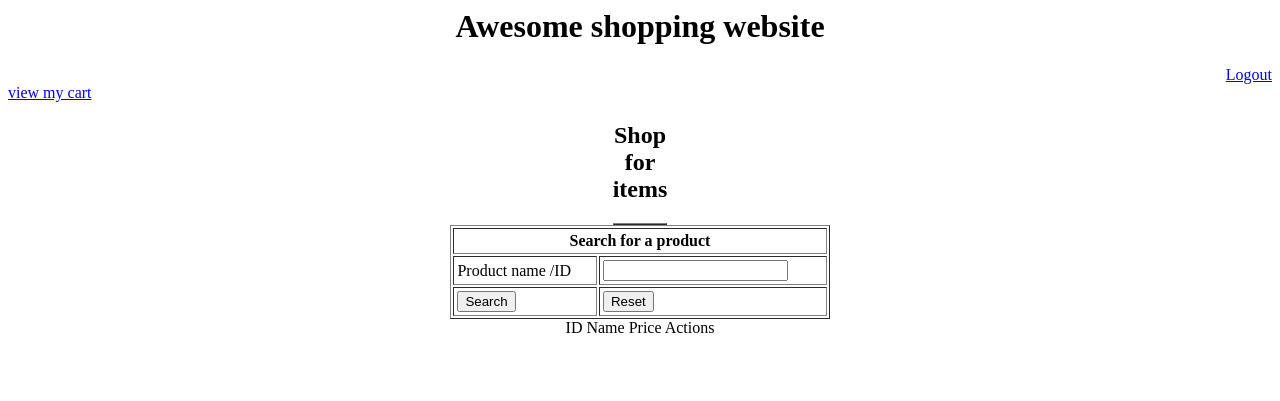
Repository: balu-sadanandan/demo-Shopping-cart-application
Page: http://localhost/shopping-cart/prodcat.jsp
An editor plug-in stored every save of this project. The page is shown before and after the next save, followed by the edit.
The browser window is 1280 px wide. The pictures show the whole page.
The page is served by Tomcat 9. Other server files are loaded and not shown. The template is opened directly, without the code that normally fills it, so the values that code supplies are empty.

Above is the page before, as saved 2017-09-19 08:06:47.

### shopping-cart/WebContent/prodcat.jsp
<%@ page language="java" contentType="text/html; charset=UTF-8"
    pageEncoding="UTF-8"%>
<%@ taglib uri="http://java.sun.com/jsp/jstl/core" prefix="c" %>
<html>
<head>
    <title>Awesome shopping site</title>
</head>
<body>
    <center>
        <h1>Awesome shopping website</h1>
    </center>
    <div align="right">
    <a href="logout">Logout</a>

</div>
   <div align="left">
    <a href="lcart">view my cart</a>

</div>


    <div align="center">
        <table border="1" cellpadding="5">
            <caption><h2>Shop for items</h2></caption>
            <!--enter search box here  -->
               <table border="1" width="30%" cellpadding="3">
                <thead>
                    <tr>
                        <th colspan="2">Search for a product</th>
                    </tr>
                </thead>
                <tbody>
                    <tr>
                        <td>Product name /ID</td>
                        <td><input type="text" name="prid" value="" /></td>
                    </tr>
                    <tr>
                        <td><input type="submit" value="Search" /></td>
                        <td><input type="reset" value="Reset" /></td>
                    </tr>

                </tbody>
            </table>

            <!-- search box finishes here -->
            <tr>
                <th>ID</th>
                <th>Name</th>
                <th>Price</th>
                <th>Actions</th>
            </tr>
            <c:forEach var="prod" items="${pList}">
                <tr>
                    <td><c:out value="${prod.prodid}" /></td>
                    <td><a href="prod?id=<c:out value='${prod.prodid}' />"><c:out value="${prod.name}" /></a></td>
                    <td><c:out value="${prod.price}" /></td>
                    <td>
                        <a href="acart?id=<c:out value='${prod.prodid}' />">Add to cart</a>

                    </td>
                </tr>
            </c:forEach>
        </table>

    </div>
</body>
</html>

After the next save:
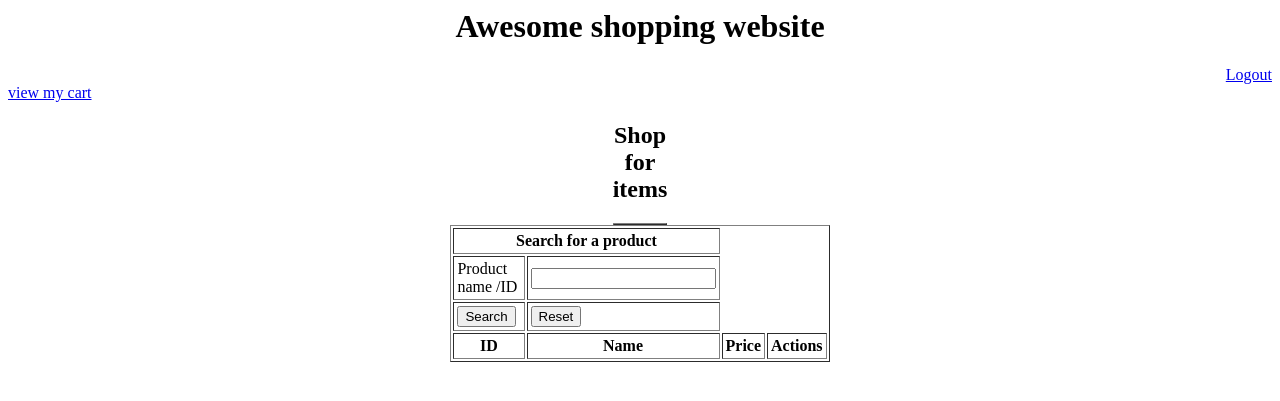
Saved 34 s later.
--- a/shopping-cart/WebContent/prodcat.jsp
+++ b/shopping-cart/WebContent/prodcat.jsp
@@ -40,7 +40,7 @@
                     </tr>
 
                 </tbody>
-            </table>
+           <!--  </table> -->
 
             <!-- search box finishes here -->
             <tr>
